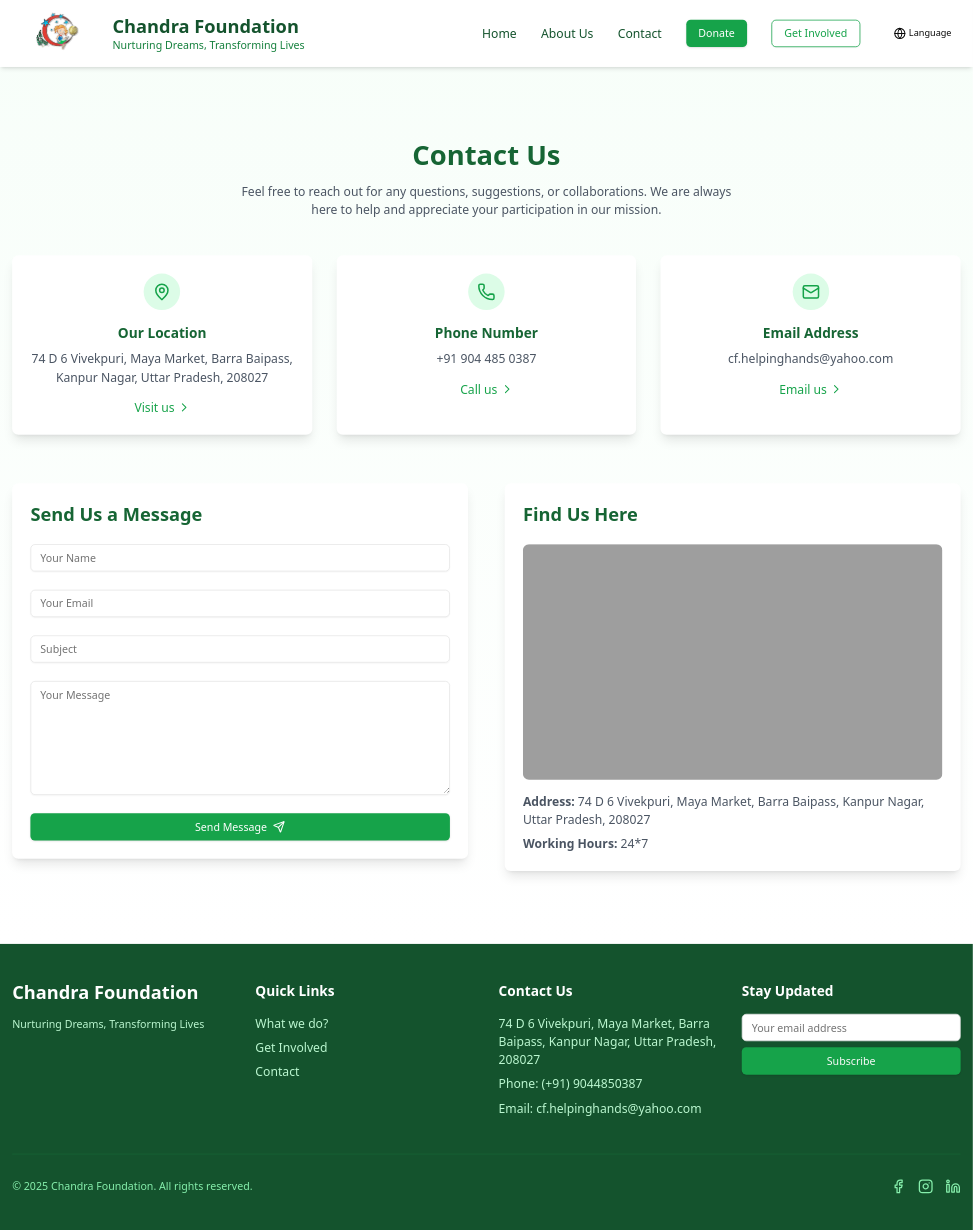
Repository: rajukumar2003/chandra-foundation
Page: /contactUs
The author's editor kept a copy of each file at every save. The page is drawn from the files as they stood at one save, then again after a run of saves.
The browser window is 1280 px wide. The pictures show the whole page, at 76% of full size.
Pictures or frames that could not be fetched are drawn as grey boxes. The project was rebuilt for these pictures with package versions that can differ from the ones it lists, and the page was loaded fresh each time. The framework's server and built-in components were replaced by stand-ins that run in the browser. Also part of the build but not shown: next.config.ts.

Above is the page before, as saved 2025-04-15 07:04:17.

### app/layout.tsx
import type { Metadata } from "next";
import { Geist, Geist_Mono } from "next/font/google";
import "./globals.css";
import Navbar from "./components/navbar";
import Footer from "./components/Footer";
import { LanguageProvider } from "./contexts/LanguageContext";

const geistSans = Geist({
  variable: "--font-geist-sans",
  subsets: ["latin"],
});

const geistMono = Geist_Mono({
  variable: "--font-geist-mono",
  subsets: ["latin"],
});

export const metadata: Metadata = {
  title: "Create Next App",
  description: "Generated by create next app",
};

export default function RootLayout({
  children,
}: Readonly<{
  children: React.ReactNode;
}>) {
  return (
    <html lang="en">
      <body
        className={`${geistSans.variable} ${geistMono.variable} antialiased`}
      >
        <LanguageProvider>
          <Navbar />
          {children}
          <Footer />
        </LanguageProvider>
      </body>
    </html>
  );
}

### app/(root)/contactUs/page.tsx
"use client";

import { useState } from "react";
import { motion } from "framer-motion";
import { MapPin, Phone, Mail, Send } from "lucide-react";
import { Button } from "@/components/ui/button";
import { Input } from "@/components/ui/input";
import { Textarea } from "@/components/ui/textarea";
import { useLanguage } from "@/app/contexts/LanguageContext";

const contactInfo = [
  {
    icon: MapPin,
    title: "Our Location",
    details:
      "74 D 6 Vivekpuri, Maya Market, Barra Baipass, Kanpur Nagar, Uttar Pradesh, 208027",
    action: "Visit us",
    link: "https://www.google.com/maps/place/Chandra+Foundation/@26.4228363,80.3061679,17z/data=!3m1!4b1!4m6!3m5!1s0x399c47089b7e96f7:0xfd4ad40d500c80b!8m2!3d26.4228315!4d80.3087428!16s%2Fg%2F11w3k_qljx?entry=ttu&g_ep=EgoyMDI1MDExNS4wIKXMDSoASAFQAw%3D%3D",
  },
  {
    icon: Phone,
    title: "Phone Number",
    details: "+91 904 485 0387",
    action: "Call us",
    link: "tel:+919044850387",
  },
  {
    icon: Mail,
    title: "Email Address",
    details: "cf.helpinghands@yahoo.com",
    action: "Email us",
    link: "mailto:cf.helpinghands@yahoo.com",
  },
];

export default function ContactPage() {
  const {translations} = useLanguage();
  const [formData, setFormData] = useState({
    name: "",
    email: "",
    subject: "",
    message: "",
  });
  const [isSubmitting, setIsSubmitting] = useState(false);

  const handleSubmit = async (e: React.FormEvent) => {
    e.preventDefault();
    setIsSubmitting(true);

    const { name, email, subject, message } = formData;

    // Construct the mailto link
    const mailtoLink = `mailto:cf.helpinghands@yahoo.com?subject=${encodeURIComponent(
      subject
    )}&body=${encodeURIComponent(
      `Name: ${name}\nEmail: ${email}\n\nMessage:\n${message}`
    )}`;

    // Open the user's default mail client
    window.location.href = mailtoLink;

    // Simulate form submission (optional, for the loading effect)
    await new Promise((resolve) => setTimeout(resolve, 1000));

    setFormData({ name: "", email: "", subject: "", message: "" });
    setIsSubmitting(false);
  };

  return (
    <div className="min-h-screen bg-gradient-to-b from-green-50/50 to-white py-12 lg:py-24">
      <div className="container mx-auto px-4">
        <motion.div
          initial={{ opacity: 0, y: 20 }}
          animate={{ opacity: 1, y: 0 }}
          transition={{ duration: 0.6 }}
          className="text-center mb-12"
        >
          <h1 className="text-3xl md:text-4xl font-bold text-green-800 mb-4">
            {translations.contact.heading}
          </h1>
          <p className="text-gray-600 max-w-2xl mx-auto">
            {translations.contact.description}
          </p>
        </motion.div>

        {/* Contact Info Cards */}
        <div className="grid md:grid-cols-3 gap-8 mb-16">
          {contactInfo.map((info, index) => (
            <motion.div
              key={info.title}
              initial={{ opacity: 0, y: 20 }}
              animate={{ opacity: 1, y: 0 }}
              transition={{ duration: 0.6, delay: index * 0.1 }}
              className="bg-white rounded-lg p-6 shadow-lg hover:shadow-xl transition-shadow"
            >
              <div className="flex flex-col items-center text-center">
                <div className="w-12 h-12 bg-green-100 rounded-full flex items-center justify-center mb-4">
                  <info.icon className="w-6 h-6 text-green-600" />
                </div>
                <h3 className="text-lg font-semibold text-green-800 mb-2">
                  {info.title}
                </h3>
                <p className="text-gray-600 mb-4">{info.details}</p>
                <a
                  href={info.link}
                  className="text-green-600 hover:text-green-700 font-medium inline-flex items-center"
                >
                  {info.action}
                  <svg
                    className="w-4 h-4 ml-1"
                    fill="none"
                    stroke="currentColor"
                    viewBox="0 0 24 24"
                  >
                    <path
                      strokeLinecap="round"
                      strokeLinejoin="round"
                      strokeWidth={2}
                      d="M9 5l7 7-7 7"
                    />
                  </svg>
                </a>
              </div>
            </motion.div>
          ))}
        </div>

        <div className="grid lg:grid-cols-2 gap-12 items-start">
          {/* Contact Form */}
          <motion.div
            initial={{ opacity: 0, x: -20 }}
            animate={{ opacity: 1, x: 0 }}
            transition={{ duration: 0.6, delay: 0.3 }}
            className="bg-white rounded-lg p-6 shadow-lg"
          >
            <h2 className="text-2xl font-semibold text-green-800 mb-6">
              Send Us a Message
            </h2>
            <form onSubmit={handleSubmit} className="space-y-6">
              <div>
                <Input
                  placeholder="Your Name"
                  value={formData.name}
                  onChange={(e) =>
                    setFormData({ ...formData, name: e.target.value })
                  }
                  required
                />
              </div>
              <div>
                <Input
                  type="email"
                  placeholder="Your Email"
                  value={formData.email}
                  onChange={(e) =>
                    setFormData({ ...formData, email: e.target.value })
                  }
                  required
                />
              </div>
              <div>
                <Input
                  placeholder="Subject"
                  value={formData.subject}
                  onChange={(e) =>
                    setFormData({ ...formData, subject: e.target.value })
                  }
                  required
                />
              </div>
              <div>
                <Textarea
                  placeholder="Your Message"
                  value={formData.message}
                  onChange={(e) =>
                    setFormData({ ...formData, message: e.target.value })
                  }
                  required
                  className="min-h-[150px]"
                />
              </div>
              <Button
                type="submit"
                className="w-full bg-green-600 hover:bg-green-700 text-white"
                disabled={isSubmitting}
              >
                {isSubmitting ? (
                  <span className="flex items-center">
                    Sending...
                    <svg
                      className="animate-spin ml-2 h-4 w-4"
                      viewBox="0 0 24 24"
                    >
                      <circle
                        className="opacity-25"
                        cx="12"
                        cy="12"
                        r="10"
                        stroke="currentColor"
                        strokeWidth="4"
                        fill="none"
                      />
                      <path
                        className="opacity-75"
                        fill="currentColor"
                        d="M4 12a8 8 0 018-8V0C5.373 0 0 5.373 0 12h4zm2 5.291A7.962 7.962 0 014 12H0c0 3.042 1.135 5.824 3 7.938l3-2.647z"
                      />
                    </svg>
                  </span>
                ) : (
                  <span className="flex items-center">
                    Send Message
                    <Send className="ml-2 h-4 w-4" />
                  </span>
                )}
              </Button>
            </form>
          </motion.div>

          {/* Map */}
          <motion.div
            initial={{ opacity: 0, x: 20 }}
            animate={{ opacity: 1, x: 0 }}
            transition={{ duration: 0.6, delay: 0.3 }}
            className="bg-white rounded-lg p-6 shadow-lg"
          >
            <h2 className="text-2xl font-semibold text-green-800 mb-6">
              Find Us Here
            </h2>
            <div className="aspect-video w-full rounded-lg overflow-hidden">
              <iframe
                src="https://www.google.com/maps/embed?pb=!1m18!1m12!1m3!1d1786.5080383119996!2d80.3078191104706!3d26.42295777350184!2m3!1f0!2f0!3f0!3m2!1i1024!2i768!4f13.1!3m3!1m2!1s0x399c47089b7e96f7%3A0xfd4ad40d500c80b!2sChandra%20Foundation!5e0!3m2!1sen!2sin!4v1737581370533!5m2!1sen!2sin"
                width="100%"
                height="100%"
                style={{ border: 0 }}
                allowFullScreen
                loading="lazy"
                referrerPolicy="no-referrer-when-downgrade"
              />
            </div>
            <div className="mt-4 text-gray-600">
              <p className="mb-2">
                <strong>Address:</strong> 74 D 6 Vivekpuri, Maya Market, Barra Baipass, Kanpur Nagar, Uttar Pradesh, 208027
              </p>
              <p>
                <strong>Working Hours:</strong> 24*7
              </p>
            </div>
          </motion.div>
        </div>
      </div>
    </div>
  );
}

### app/globals.css
@tailwind base;
@tailwind components;
@tailwind utilities;
@layer base {
  :root {
    --background: 0 0% 100%;
    --foreground: 0 0% 3.9%;
    --card: 0 0% 100%;
    --card-foreground: 0 0% 3.9%;
    --popover: 0 0% 100%;
    --popover-foreground: 0 0% 3.9%;
    --primary: 0 0% 9%;
    --primary-foreground: 0 0% 98%;
    --secondary: 0 0% 96.1%;
    --secondary-foreground: 0 0% 9%;
    --muted: 0 0% 96.1%;
    --muted-foreground: 0 0% 45.1%;
    --accent: 0 0% 96.1%;
    --accent-foreground: 0 0% 9%;
    --destructive: 0 84.2% 60.2%;
    --destructive-foreground: 0 0% 98%;
    --border: 0 0% 89.8%;
    --input: 0 0% 89.8%;
    --ring: 0 0% 3.9%;
    --chart-1: 12 76% 61%;
    --chart-2: 173 58% 39%;
    --chart-3: 197 37% 24%;
    --chart-4: 43 74% 66%;
    --chart-5: 27 87% 67%;
    --radius: 0.5rem
  }
  .dark {
    --background: 0 0% 3.9%;
    --foreground: 0 0% 98%;
    --card: 0 0% 3.9%;
    --card-foreground: 0 0% 98%;
    --popover: 0 0% 3.9%;
    --popover-foreground: 0 0% 98%;
    --primary: 0 0% 98%;
    --primary-foreground: 0 0% 9%;
    --secondary: 0 0% 14.9%;
    --secondary-foreground: 0 0% 98%;
    --muted: 0 0% 14.9%;
    --muted-foreground: 0 0% 63.9%;
    --accent: 0 0% 14.9%;
    --accent-foreground: 0 0% 98%;
    --destructive: 0 62.8% 30.6%;
    --destructive-foreground: 0 0% 98%;
    --border: 0 0% 14.9%;
    --input: 0 0% 14.9%;
    --ring: 0 0% 83.1%;
    --chart-1: 220 70% 50%;
    --chart-2: 160 60% 45%;
    --chart-3: 30 80% 55%;
    --chart-4: 280 65% 60%;
    --chart-5: 340 75% 55%
  }
}
@layer base {
  * {
    @apply border-border;
  }
  body {
    @apply bg-background text-foreground;
  }
}

@keyframes float {
  0%, 100% {
    transform: translateY(0);
  }
  50% {
    transform: translateY(-20px);
  }
}

@keyframes float-delayed {
  0%, 100% {
    transform: translateY(0);
  }
  50% {
    transform: translateY(-15px);
  }
}

.animate-float {
  animation: float 6s ease-in-out infinite;
}

.animate-float-delayed {
  animation: float-delayed 5s ease-in-out infinite;
  animation-delay: 1s;
}

### app/contexts/LanguageContext.tsx
"use client"

import type React from "react"
import { createContext, useState, useContext, useEffect, type ReactNode } from "react"
import en from "../i18n/locales/en"
import hi from "../i18n/locales/hi"

// Define available languages
export type Language = "en" | "hi"

// Define the shape of our translations
export type TranslationsType = typeof en

// Define the context shape
interface LanguageContextType {
  language: Language
  translations: TranslationsType
  setLanguage: (language: Language) => void
  t: (key: string) => string
}

// Create the context with default values
const LanguageContext = createContext<LanguageContextType>({
  language: "en",
  translations: en,
  setLanguage: () => {},
  t: () => "",
})

// Provider component
interface LanguageProviderProps {
  children: ReactNode
}

export const LanguageProvider: React.FC<LanguageProviderProps> = ({ children }) => {
  // Get initial language from localStorage if available, otherwise default to 'en'
  const [language, setLanguage] = useState<Language>("en")
  const [translations, setTranslations] = useState<TranslationsType>(en)

  // Load saved language preference from localStorage on initial render
  useEffect(() => {
    const savedLanguage = localStorage.getItem("language") as Language
    if (savedLanguage && (savedLanguage === "en" || savedLanguage === "hi")) {
      setLanguage(savedLanguage)
    }
  }, [])

  // Update translations when language changes
  useEffect(() => {
    // Save language preference to localStorage
    localStorage.setItem("language", language)

    // Set translations based on selected language
    setTranslations(language === "en" ? en : hi)
  }, [language])

  // Translation function
  const t = (key: string): string => {
    // Split the key by dots to access nested properties
    const keys = key.split(".")

    // Try to get the translation
    let translation: any = translations

    for (const k of keys) {
      if (translation && translation[k] !== undefined) {
        translation = translation[k]
      } else {
        // If translation not found, try to get it from English as fallback
        let fallback: any = en
        for (const fk of keys) {
          if (fallback && fallback[fk] !== undefined) {
            fallback = fallback[fk]
          } else {
            return key // Return the key itself if not found in fallback
          }
        }
        return typeof fallback === "string" ? fallback : key
      }
    }

    return typeof translation === "string" ? translation : key
  }

  return (
    <LanguageContext.Provider value={{ language, translations, setLanguage, t }}>{children}</LanguageContext.Provider>
  )
}

// Custom hook for using the language context
export const useLanguage = () => useContext(LanguageContext)

### components/ui/button.tsx
import * as React from "react"
import { Slot } from "@radix-ui/react-slot"
import { cva, type VariantProps } from "class-variance-authority"

import { cn } from "@/lib/utils"

const buttonVariants = cva(
  "inline-flex items-center justify-center gap-2 whitespace-nowrap rounded-md text-sm font-medium transition-colors focus-visible:outline-none focus-visible:ring-1 focus-visible:ring-ring disabled:pointer-events-none disabled:opacity-50 [&_svg]:pointer-events-none [&_svg]:size-4 [&_svg]:shrink-0",
  {
    variants: {
      variant: {
        default:
          "bg-primary text-primary-foreground shadow hover:bg-primary/90",
        destructive:
          "bg-destructive text-destructive-foreground shadow-sm hover:bg-destructive/90",
        outline:
          "border border-input bg-background shadow-sm hover:bg-accent hover:text-accent-foreground",
        secondary:
          "bg-secondary text-secondary-foreground shadow-sm hover:bg-secondary/80",
        ghost: "hover:bg-accent hover:text-accent-foreground",
        link: "text-primary underline-offset-4 hover:underline",
      },
      size: {
        default: "h-9 px-4 py-2",
        sm: "h-8 rounded-md px-3 text-xs",
        lg: "h-10 rounded-md px-8",
        icon: "h-9 w-9",
      },
    },
    defaultVariants: {
      variant: "default",
      size: "default",
    },
  }
)

export interface ButtonProps
  extends React.ButtonHTMLAttributes<HTMLButtonElement>,
    VariantProps<typeof buttonVariants> {
  asChild?: boolean
}

const Button = React.forwardRef<HTMLButtonElement, ButtonProps>(
  ({ className, variant, size, asChild = false, ...props }, ref) => {
    const Comp = asChild ? Slot : "button"
    return (
      <Comp
        className={cn(buttonVariants({ variant, size, className }))}
        ref={ref}
        {...props}
      />
    )
  }
)
Button.displayName = "Button"

export { Button, buttonVariants }

### components/ui/input.tsx
import * as React from "react"

import { cn } from "@/lib/utils"

const Input = React.forwardRef<HTMLInputElement, React.ComponentProps<"input">>(
  ({ className, type, ...props }, ref) => {
    return (
      <input
        type={type}
        className={cn(
          "flex h-9 w-full rounded-md border border-input bg-transparent px-3 py-1 text-base shadow-sm transition-colors file:border-0 file:bg-transparent file:text-sm file:font-medium file:text-foreground placeholder:text-muted-foreground focus-visible:outline-none focus-visible:ring-1 focus-visible:ring-ring disabled:cursor-not-allowed disabled:opacity-50 md:text-sm",
          className
        )}
        ref={ref}
        {...props}
      />
    )
  }
)
Input.displayName = "Input"

export { Input }

### app/components/LanguageSelector.tsx
"use client"

import { useLanguage } from "../contexts/LanguageContext"
import { languages } from "../i18n"
import { Button } from "@/components/ui/button"
import { DropdownMenu, DropdownMenuContent, DropdownMenuItem, DropdownMenuTrigger } from "@/components/ui/dropdown-menu"
import { Globe } from "lucide-react"

export default function LanguageSelector() {
  const { language, setLanguage, t } = useLanguage()

  return (
    <DropdownMenu>
      <DropdownMenuTrigger asChild>
        <Button variant="ghost" size="sm" className="flex items-center gap-1">
          <Globe className="h-4 w-4" />
          <span>{t("nav.language")}</span>
        </Button>
      </DropdownMenuTrigger>
      <DropdownMenuContent align="end">
        {Object.entries(languages).map(([code, name]) => (
          <DropdownMenuItem
            key={code}
            onClick={() => setLanguage(code as "en" | "hi")}
            className={language === code ? "bg-green-50 font-medium text-green-600" : ""}
          >
            {name}
          </DropdownMenuItem>
        ))}
      </DropdownMenuContent>
    </DropdownMenu>
  )
}

### app/i18n/index.ts
import en from "./locales/en"
import hi from "./locales/hi"

export type Language = "en" | "hi"

export const languages: Record<Language, string> = {
  en: "English",
  hi: "हिंदी",
}

export const getTranslations = (language: Language) => {
  switch (language) {
    case "hi":
      return hi
    case "en":
    default:
      return en
  }
}

export const defaultLanguage: Language = "en"

Loaded but not shown: components/ui/textarea.tsx (common file); lib/utils.ts (common file); tailwind.config.js (83 lines, source omitted); app/i18n/locales/en.ts (343 lines, source omitted); app/i18n/locales/hi.ts (349 lines, source omitted); components/ui/dropdown-menu.tsx (201 lines, source omitted); app/components/navbar.tsx (196 lines, source omitted); app/components/Footer.tsx (117 lines, source omitted)

After the next 3 saves:
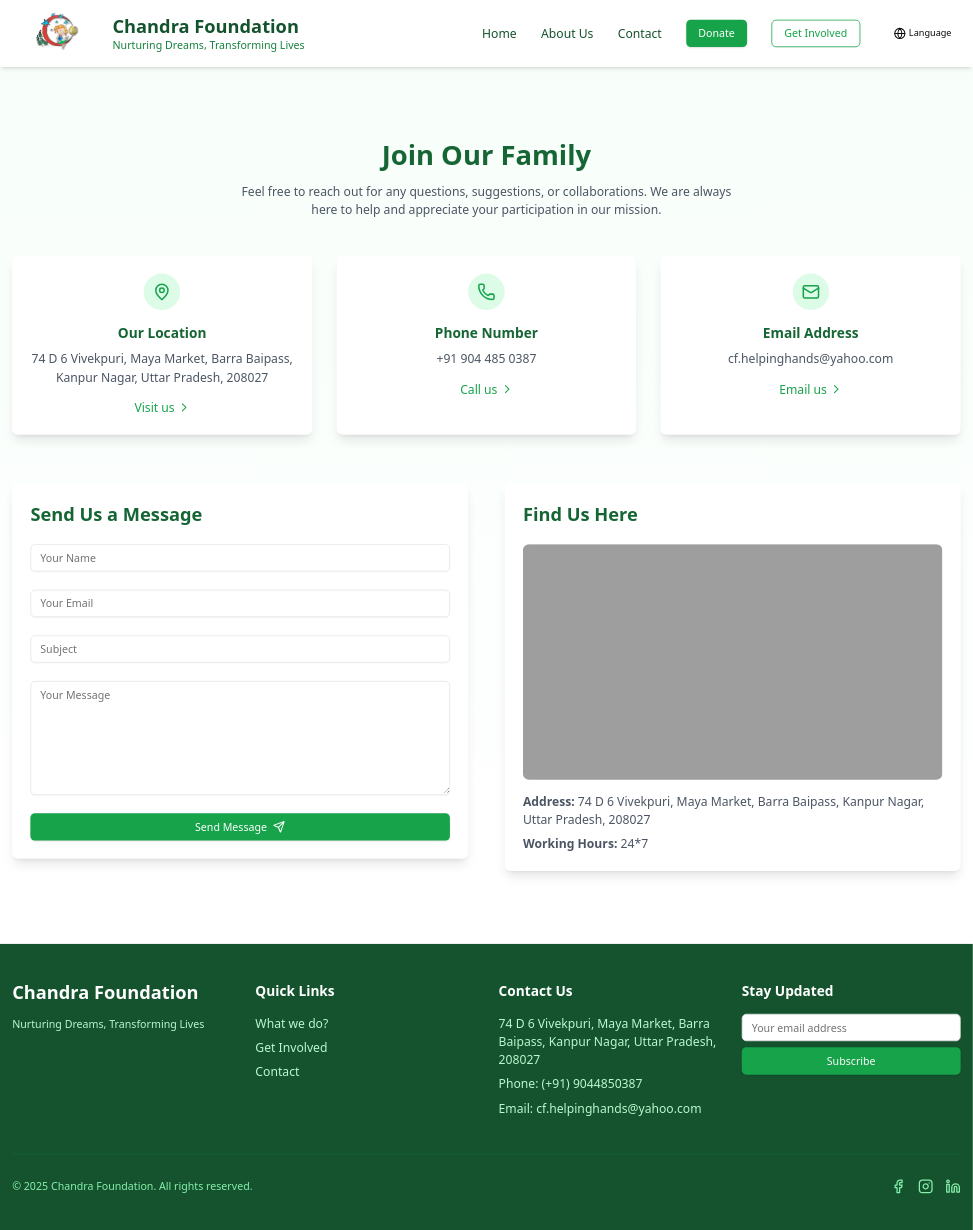
The 3 saves are shown as one change because they came seconds apart.
The last was saved 57 s later.
--- a/app/(root)/contactUs/page.tsx
+++ b/app/(root)/contactUs/page.tsx
@@ -76,7 +76,7 @@
           className="text-center mb-12"
         >
           <h1 className="text-3xl md:text-4xl font-bold text-green-800 mb-4">
-            {translations.contact.heading}
+            {translations.contact.subheading}
           </h1>
           <p className="text-gray-600 max-w-2xl mx-auto">
             {translations.contact.description}
